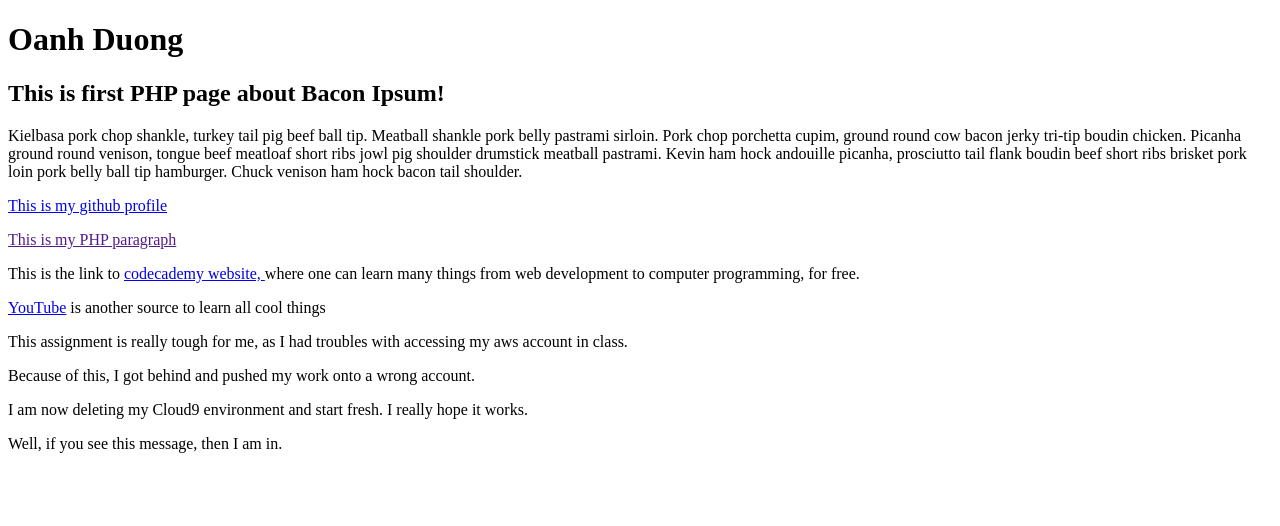
Repository: oduong1/COSW30
Page: http://localhost/labwork/lab1/lab1.php
The author's editor kept a record of every edit. The page is drawn from the files as they stood at one moment, then again after the next edit.
The browser window is 1280 px wide. The pictures show the whole page.
The page is run by PHP 8.4 with error messages shown; the project is at /var/www/html/.

Above is the page before.

### labwork/lab1/lab1.php
<!DOCTYPE html>
<html>

    <head>
        <meta charset="utf-8">

        <title>Labwork 1: Hello World</title>

    </head>
    <body>


        <h1>Oanh Duong</h1>
        <h2>This is first PHP page about Bacon Ipsum!</h2>


        <p>
            Kielbasa pork chop shankle, turkey tail pig beef ball tip. Meatball shankle pork belly pastrami sirloin.
            Pork chop porchetta cupim, ground round cow bacon jerky tri-tip boudin chicken.
            Picanha ground round venison, tongue beef meatloaf short ribs jowl pig shoulder drumstick meatball pastrami.
            Kevin ham hock andouille picanha, prosciutto tail flank boudin beef short ribs brisket pork loin pork belly ball tip hamburger.
            Chuck venison ham hock bacon tail shoulder.
        </p>

        <a href="https://github.com/oduong1/COSW30">This is my github profile</a>

        <?php
            print'<p><a href=""> This is my PHP paragraph </a></p>';
            print '<p>This is the link to <a href="https://www.codecademy.com/">codecademy website,
            </a>where one can learn many things from web development to computer programming, for free.</p>';
            print'<p><a href="https://www.youtube.com/">YouTube</a> is another source to learn all cool things</p>';
            print'<p>This assignment is really tough for me, as I had troubles with accessing my aws account in class.</p>';
            print'<p>Because of this, I got behind and pushed my work onto a wrong account.</p>';
            print'<p>I am now deleting my Cloud9 environment and start fresh. I really hope it works.</p>';
            print'<p>Well, if you see this message, then I am in.</p>';
        ?>
 </body>
 </html>

After the next edit:
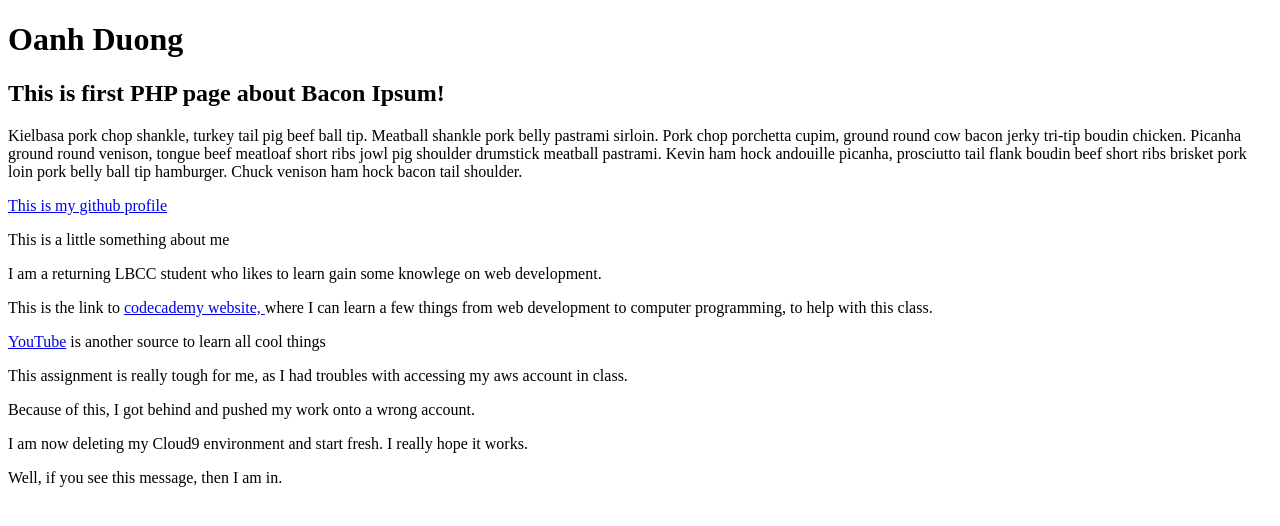
The edit:
--- a/labwork/lab1/lab1.php
+++ b/labwork/lab1/lab1.php
@@ -25,9 +25,10 @@
         <a href="https://github.com/oduong1/COSW30">This is my github profile</a>
 
         <?php
-            print'<p><a href=""> This is my PHP paragraph </a></p>';
+            print'<p> This is a little something about me </p>';
+            print'<p> I am a returning LBCC student who likes to learn gain some knowlege on web development. </p>';
             print '<p>This is the link to <a href="https://www.codecademy.com/">codecademy website,
-            </a>where one can learn many things from web development to computer programming, for free.</p>';
+            </a>where I can learn a few things from web development to computer programming, to help with this class.</p>';
             print'<p><a href="https://www.youtube.com/">YouTube</a> is another source to learn all cool things</p>';
             print'<p>This assignment is really tough for me, as I had troubles with accessing my aws account in class.</p>';
             print'<p>Because of this, I got behind and pushed my work onto a wrong account.</p>';
